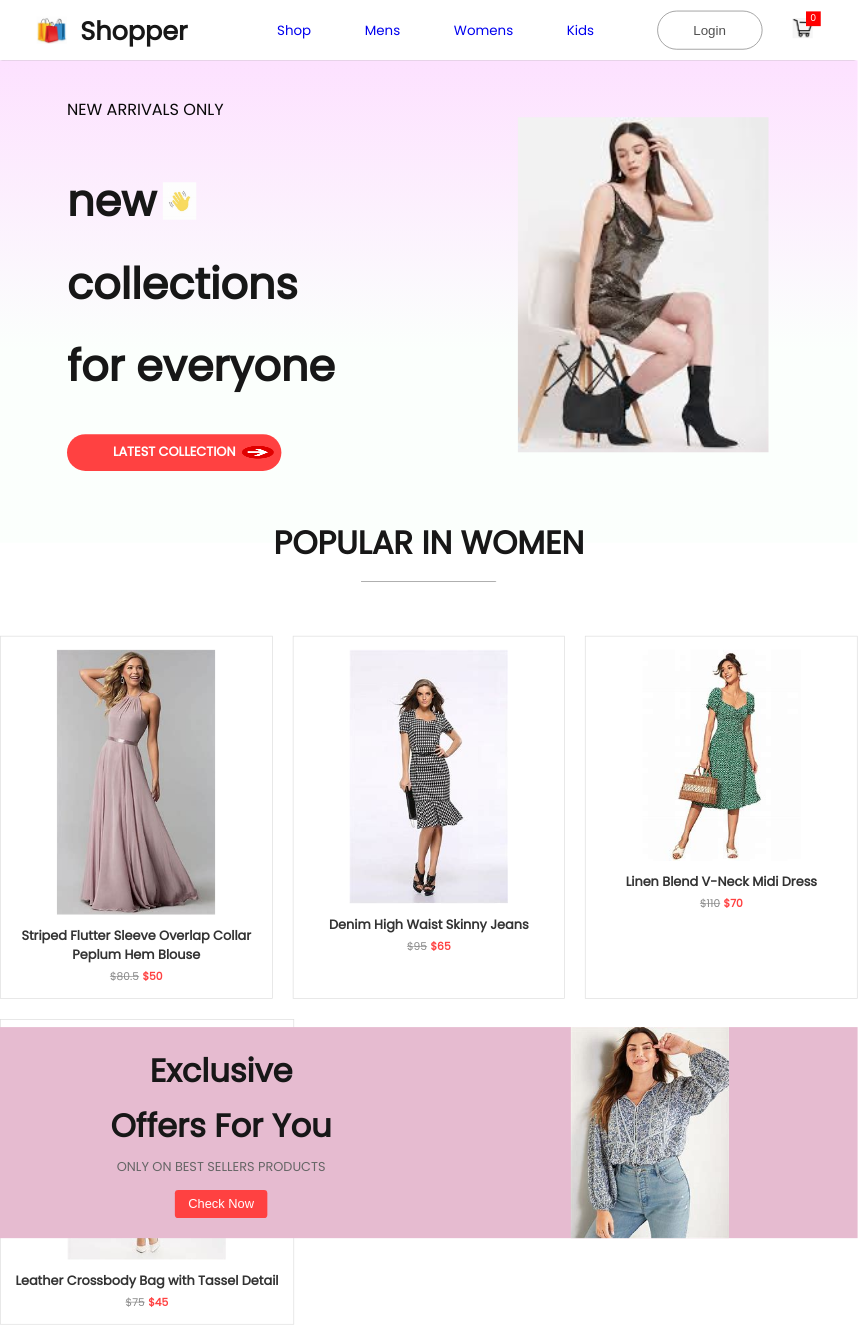
Repository: sshaiv/Shoppie_EcommerceAPP
Page: /
These files come from the project's save history. The page is drawn as it stood at one moment and after the next save; the edit follows.
The browser window is 1280 px wide. The pictures show the whole page, at 67% of full size.
The project was rebuilt for these pictures with package versions that can differ from the ones it lists, and the page was loaded fresh each time. Also part of the build but not shown: src/App.css, src/Components/Pages/ShopCategory.jsx, src/Components/Pages/Product.jsx, src/Components/Pages/Cart.jsx, src/Components/Pages/LoginSignup.jsx.

Above is the page before, as saved 2024-07-16 18:43:17.

After the next save:
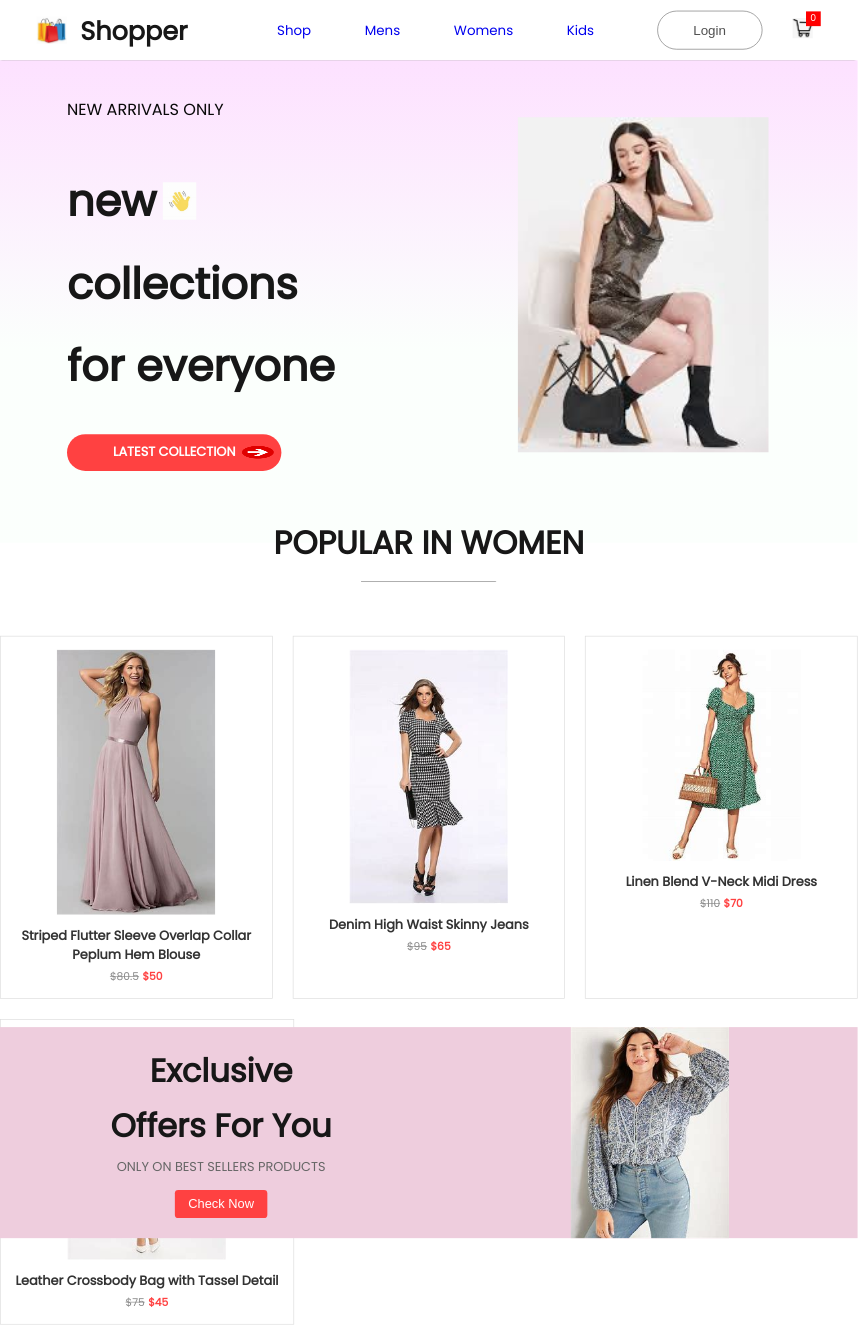
Saved 12 s later.
--- a/src/Components/Offers/Offers.css
+++ b/src/Components/Offers/Offers.css
@@ -5,7 +5,7 @@
     margin: 50px 0;
     position: relative;
     top: 25px;
-    background-color: rgb(230, 187, 208);
+    background-color: rgb(238, 205, 221);
   }
 
   .offers-left {
